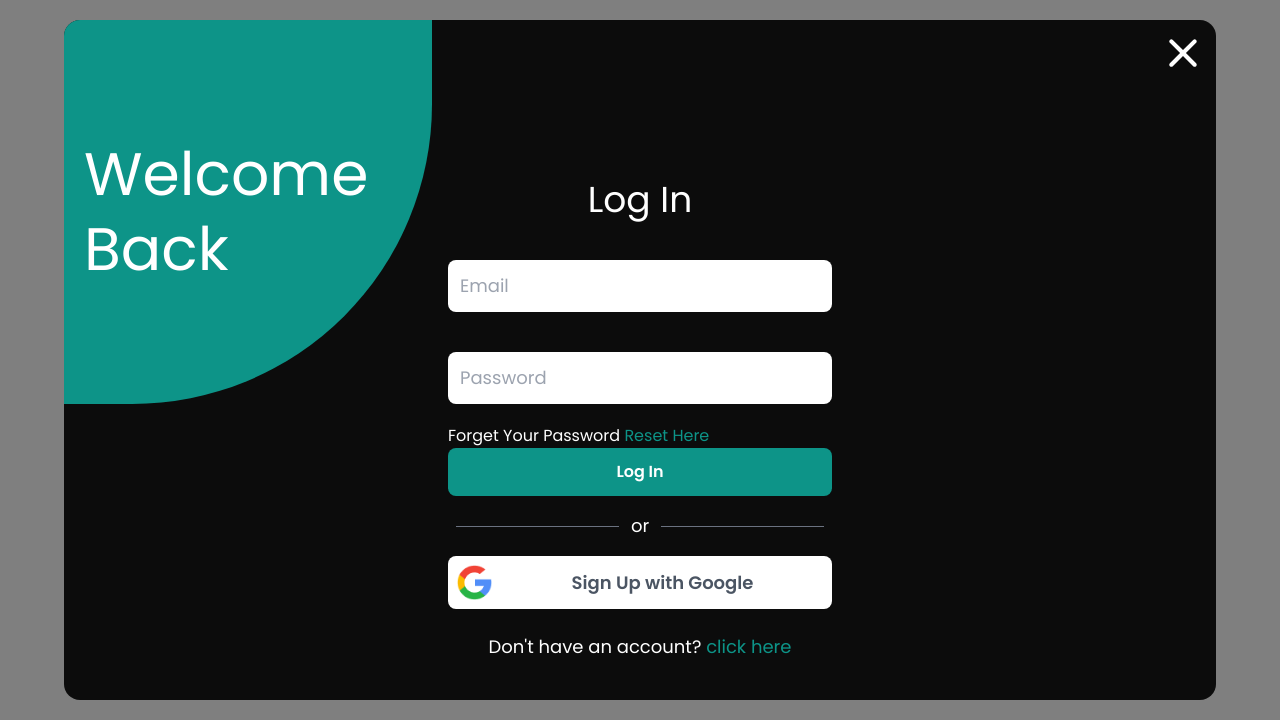
Repository: Ahmed77669/GT-Exams
Page: /
These files come from the project's save history. The page is drawn as it stood at one moment and after the next save; the edit follows.
The browser window is 1280 px wide. The pictures show the whole page.
The project was rebuilt for these pictures with package versions that can differ from the ones it lists, and the page was loaded fresh each time. The framework's server and built-in components were replaced by stand-ins that run in the browser. Also part of the build but not shown: next.config.mjs.

Above is the page before, as saved 2024-10-04 21:23:38.

### app/page.tsx
'use client'
import Login from "@/components/login";
import NavBarHome from "@/components/Navbar";
import Signup from "@/components/signup";
import Image from "next/image";

export default function Home() {
  return (
    <main>
<div className="fixed top-0 left-0 w-full h-full bg-black bg-opacity-50 flex justify-center items-center z-[1000]">
<div className="p-5 rounded-lg max-w-[1600px] w-full">
      <Login/>
      </div>
      </div>
          </main>
  );
}

### components/login.tsx
import React, { useState } from 'react';
import { Poppins } from "next/font/google";
import { CloseRounded } from '@mui/icons-material';
import { IconButton } from '@mui/material';
import google from '@/public/google.png';
import Image from 'next/image';
import { useRouter } from 'next/navigation';
import { motion } from 'framer-motion';


const poppins = Poppins({
  subsets: ["latin"],
  weight: ["100", "200", "300", "400", "500", "600", "700"],
});

interface LoginProps {
  closeSignup: () => void;
  toggleForm: (formType: 'signup' | 'resetPassword') => void;
}

const pageVariants = {
  hidden: { opacity: 0, y: -20 },
  visible: { opacity: 1, y: 0, transition: { duration: 0.7 } },
};

const Login: React.FC<LoginProps> = ({ closeSignup, toggleForm }) => {
  const route = useRouter();

  const handleSubmit = (event: React.FormEvent) => {
    event.preventDefault();
    route.push('./home');
  };




  return (
    <motion.div variants={pageVariants} initial="hidden" animate="visible">
      <section className={poppins.className}>
        <div className="flex justify-center items-center h-screen ">
          <div className="bg-black/90 w-full max-w-6xl rounded-2xl min-h-[680px]">
            <div className="grid md:grid-cols-3 gap-6 text-white">
              <div className="bg-teal-600 w-full h-96 rounded-tl-2xl rounded-br-[300px] flex items-center">
                <h1 className="text-6xl ml-5 leading-[1.25]">Welcome Back</h1>
              </div>
              <div className="flex flex-col items-center justify-center mt-40">
                <p className="text-center mb-10 text-4xl">Log In</p>
                <form className="flex flex-col items-center" onSubmit={handleSubmit}>
                  <input
                    type="email"
                    name="email"
                    className="text-field w-96 text-lg p-3 mb-10 rounded-lg text-black"
                    placeholder="Email"
                    required
                  />
                  <input
                    type="password"
                    name="password"
                    className="text-field w-96 text-lg p-3  rounded-lg text-black mb-5"
                    placeholder="Password"
                    required

                  />
                  <div className='flex justify-start w-full'>
                                    <p className="text-m">
                    Forget Your Password{" "}
                    <span
                      className="text-teal-600 cursor-pointer"
                      onClick={() => toggleForm("signup")}
                    >
                      Reset Here
                    </span>
                  </p>
                  </div>
                  <button className="w-96 bg-teal-600 text-white p-3 rounded-lg hover:opacity-90 font-semibold">
                    Log In
                  </button>
                </form>
                <div className="flex items-center mt-4 w-full">
                  <hr className="flex-1 border-t border-gray-500" />
                  <p className="mx-3 text-lg">or</p>
                  <hr className="flex-1 border-t border-gray-500" />
                </div>
                <div className="flex justify-center mt-4">
                  <button className="w-96 bg-white text-gray-600 p-1 rounded-lg flex items-center hover:opacity-90">
                    <Image src={google} alt="google icon" width={45} />
                    <span className="flex-1 text-center text-lg font-semibold">Sign Up with Google</span>
                  </button>
                </div>
                <div className="text-center mt-6">
                  <p className="text-lg">
                    Don't have an account?{" "}
                    <span
                      className="text-teal-600 cursor-pointer"
                      onClick={() => toggleForm("signup")}
                    >
                      click here
                    </span>
                  </p>
                </div>
              </div>
              <div className="flex justify-end  items-start ">
                <IconButton aria-label="close" onClick={closeSignup} className="m-5">
                  <CloseRounded className="text-white" style={{ fontSize: "50px" }} />
                </IconButton>
              </div>
            </div>
          </div>
        </div>
      </section>
    </motion.div>
  );
};

export default Login;

Loaded but not shown: app/layout.tsx (common file); app/globals.css (common file); tailwind.config.ts (common file)

After the next save:
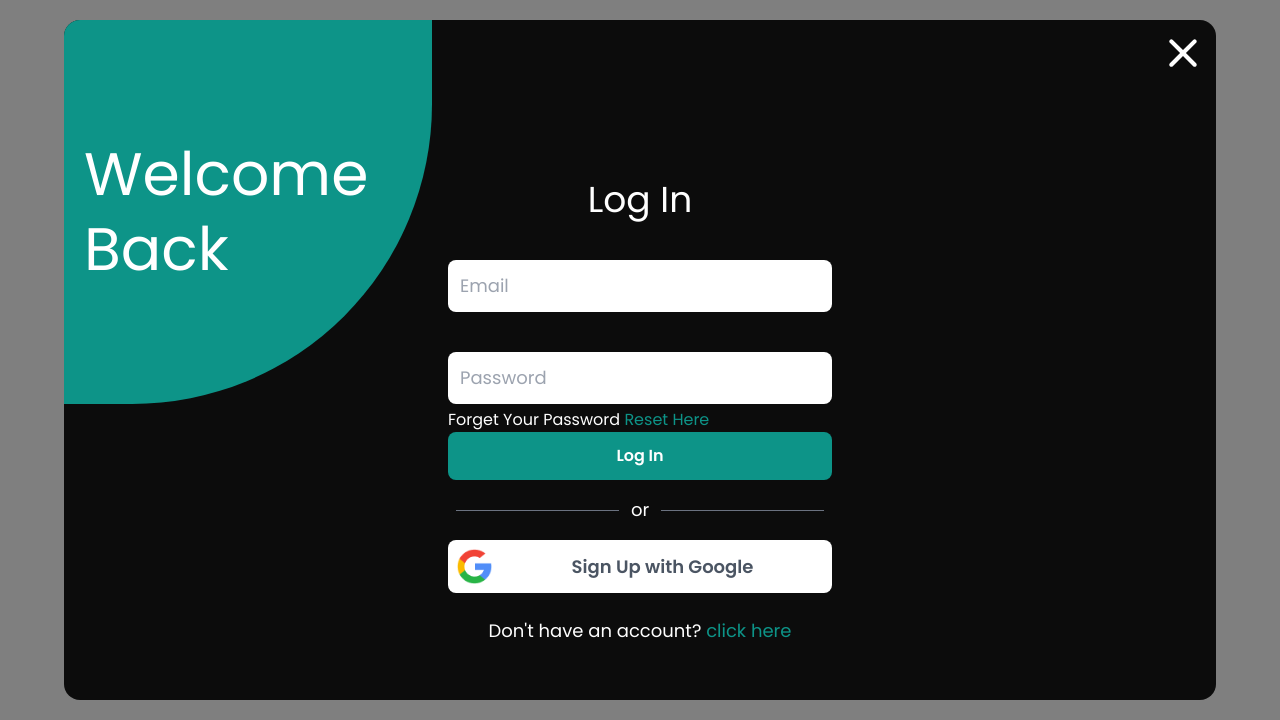
Saved 10 s later.
--- a/components/login.tsx
+++ b/components/login.tsx
@@ -56,7 +56,7 @@ const Login: React.FC<LoginProps> = ({ closeSignup, toggleForm }) => {
                   <input
                     type="password"
                     name="password"
-                    className="text-field w-96 text-lg p-3  rounded-lg text-black mb-5"
+                    className="text-field w-96 text-lg p-3  rounded-lg text-black mb-1"
                     placeholder="Password"
                     required
 
